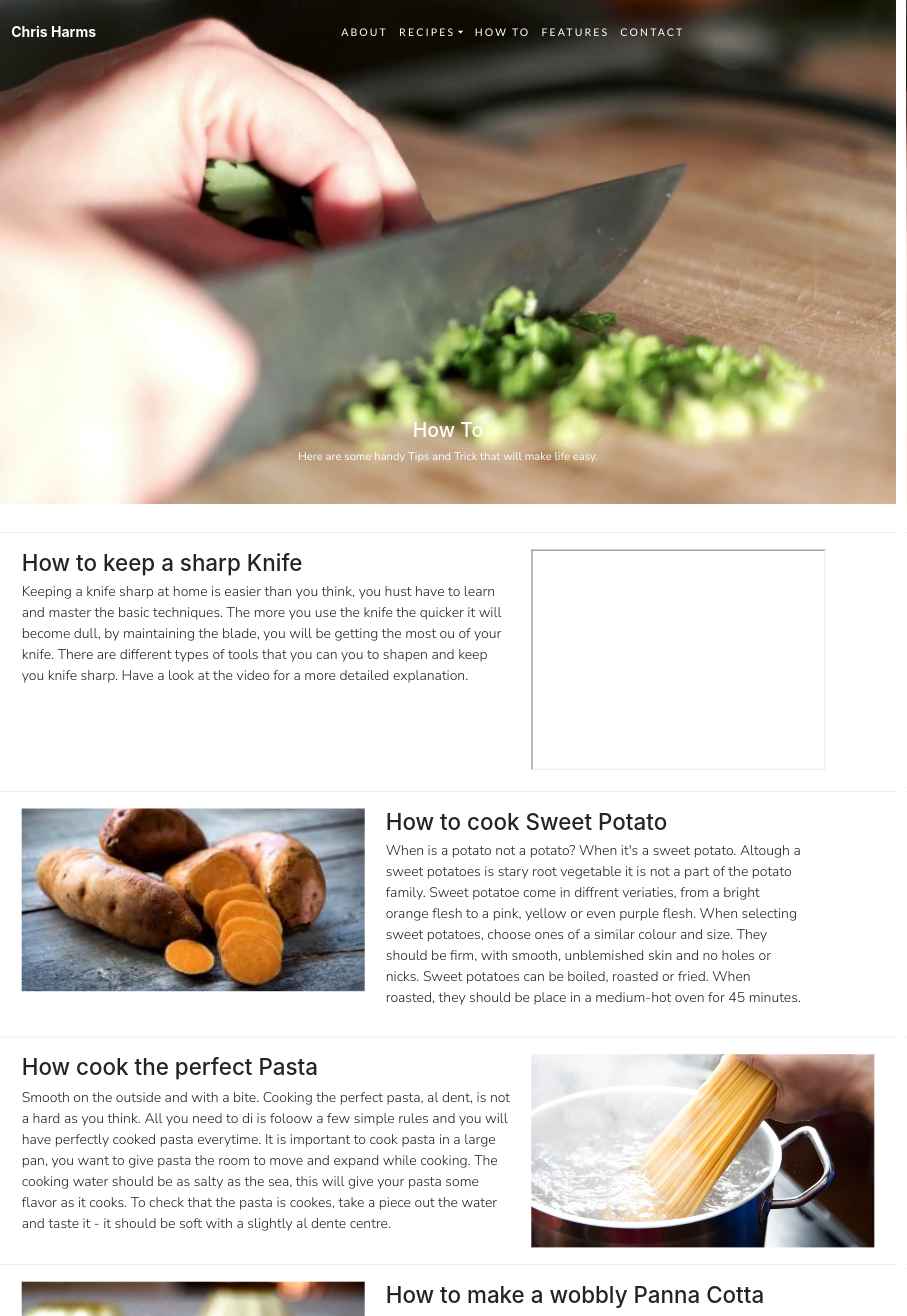
Repository: dugudugu/chris-harms-web
Page: how-to.html
The author's editor kept a record of every edit. The page is drawn from the files as they stood at one moment, then again after the next edit.
The browser window is 1280 px wide. The page is 1295 px wide, so the pictures cover 1295 px, including what lies to the right of the window. The pictures show the part of the page from y = 0 to 1880 px (the page is 2642 px tall), at 70% of full size.
Pictures or frames that could not be fetched are drawn as grey boxes. Some web fonts or font styles are not loaded; a fallback is used.

Above is the page before.

### how-to.html
<!DOCTYPE html>
<html lang="en">

<head>
  <meta charset="UTF-8">
  <meta name="viewport" content="width=device-width, initial-scale=1.0">
  <meta http-equiv="X-UA-Compatible" content="ie=edge">
  <link href="https://stackpath.bootstrapcdn.com/bootstrap/4.3.1/css/bootstrap.min.css" rel="stylesheet" integrity="sha384-ggOyR0iXCbMQv3Xipma34MD+dH/1fQ784/j6cY/iJTQUOhcWr7x9JvoRxT2MZw1T" crossorigin="anonymous">
  <link href="https://stackpath.bootstrapcdn.com/font-awesome/4.7.0/css/font-awesome.min.css" rel="stylesheet" integrity="sha384-wvfXpqpZZVQGK6TAh5PVlGOfQNHSoD2xbE+QkPxCAFlNEevoEH3Sl0sibVcOQVnN" crossorigin="anonymous">
  <link href="https://fonts.googleapis.com/css?family=Grand+Hotel|Lato&display=swap" rel="stylesheet">
  <link rel="stylesheet" href="css/how-to.css">
  <title> Chris Harms | How To</title>
</head>


<body>

  <header>

    <!-- Navbar -->

    <nav class="navbar fixed-top navbar-expand-lg navbar-dark scrolling-navbar">
      <a class="navbar-brand" href="index.html"><strong>Chris Harms</strong></a>

      <button class="navbar-toggler" type="button" data-toggle="collapse" data-target="#navbarSupportedContent" aria-controls="navbarSupportedContent" aria-expanded="false" aria-label="Toggle navigation">
            <span class="navbar-toggler-icon"></span>
        </button>

      <div class="collapse navbar-collapse" id="navbarSupportedContent">
        <ul class="navbar-nav ml-auto pl-lg-5 pl-0">
          <li class="nav-item">
            <a class="nav-link active" href="#">About</a>
          </li>
          <li class="nav-item dropdown">
            <a class="nav-link dropdown-toggle" href="#" data-toggle="dropdown" aria-haspopup="true" aria-expanded="false">Recipes</a>
            <div class="dropdown-menu">
              <a class="dropdown-item" href="#">Appetizer</a>
              <a class="dropdown-item" href="#">Main Course</a>
              <a class="dropdown-item" href="#">Dessert</a>
            </div>
          </li>
          <li class="nav-item">
            <a class="nav-link" href="#">How To</a>
          </li>
          <li class="nav-item">
            <a class="nav-link" href="#">Features</a>
          </li>
          <li class="nav-item">
            <a class="nav-link active" href="#">Contact</a>
          </li>
        </ul>
      </div>
    </nav>

    <!-- Image for the Header -->

    <div class="container-fluid p-0 m-0">
      <div class="row">
        <div class="col-12">
          <img class="d-block w-100" src="media/image/cutting-board.png">
          <div class="carousel-caption d-none d-md-block">
            <h3 class="h3-responsive">How To</h3>
            <p>Here are some handy Tips and Trick that will make life easy.</p>
          </div>
        </div>
      </div>
    </div>

  </header>

  <main-section class="container-fluid how-to">

    <hr class="featurette-divider">

    <div class="row how-to p-2 m-2" id="Knife">
      <div class="col-md-7">
        <h2 class="how-to-heading"> How to keep a sharp Knife</h2>
        <p class="lead">
          Keeping a knife sharp at home is easier than you think, you hust have to learn and master the basic techniques. The more you use the knife the quicker it will become dull, by maintaining the blade, you will be getting the most ou of your knife. There
          are different types of tools that you can you to shapen and keep you knife sharp. Have a look at the video for a more detailed explanation.
        </p>
      </div>
      <div class="col-md-5">
        <iframe width="420" height="315" src="https://www.youtube.com/embed/7xJey5nPy6A"></iframe>
        <!-- Credits to Great British Chef fot the Video -->
      </div>
    </div>

    <hr class="featurette-divider">

    <div class="row how-to p-2 m-2" id="Sweet Potato">
      <div class="how-to-image col-md-5 order-md-1">
        <img class=" img-fluid mx-auto" src="media/image/sweet-potato.jpg" width="500" height="500">
        <!-- Credits to https://foodrevolution.org/blog/sweet-potato-health-benefits/ for the image -->
      </div>
      <div class="sweet-potato col-md-6 order-md-2">
        <h2 class="how-to-heading"> How to cook Sweet Potato</h2>
        <p class="lead">
          When is a potato not a potato? When it's a
          <underline> sweet potato</underline>. Altough a sweet potatoes is stary root vegetable it is not a part of the potato family. Sweet potatoe come in diffrent veriaties, from a bright orange flesh to a pink, yellow or even purple flesh. When selecting sweet
          potatoes, choose ones of a similar colour and size. They should be firm, with smooth, unblemished skin and no holes or nicks. Sweet potatoes can be boiled, roasted or fried. When roasted, they should be place in a medium-hot oven for 45 minutes.
        </p>
      </div>
    </div>

    <hr class="featurette-divider">

    <div class="row how-to p-2 m-2" id="Pasta">
      <div class="col-md-7">
        <h2 class="how-to-heading"> How cook the perfect Pasta </h2>
        <p class="lead">
          Smooth on the outside and with a bite. Cooking the perfect pasta, al dent, is not a hard as you think. All you need to di is foloow a few simple rules and you will have perfectly cooked pasta everytime. It is important to cook pasta in a large pan, you
          want to give pasta the room to move and expand while cooking. The cooking water should be as salty as the sea, this will give your pasta some flavor as it cooks. To check that the pasta is cookes, take a piece out the water and taste it - it
          should be soft with a slightly al dente centre.
        </p>
      </div>
      <div class="col-md-5">
        <img class=" img-fluid mx-auto" src="media/image/pasta.jpg" width="500" height="500">
        <!-- Credits to https://www.seriouseats.com/2014/05/how-salty-should-pasta-water-be.html for the image -->
      </div>
    </div>

    <hr class="featurette-divider">

    <div class="row how-to p-2 m-2" id="Panna-Cotta">
      <div class="how-to-image col-md-5 order-md-1">
        <img class=" img-fluid mx-auto" src="media/image/panna-cotta.jpg" width="500" height="500">
        <!-- Credits to http://honestcooking.com/orange-panna-cotta-pistachios/ for the image -->
      </div>
      <div class="sweet-potato col-md-6 order-md-2">
        <h2 class="how-to-heading"> How to make a wobbly Panna Cotta</h2>
        <p class="lead">
        Panna Cotta is a tradition Italian dessert, it is a simple mixture of sweetend cream and gelatine.
        A good panna cotta is on that is only just set, and can stand on it own on a plate.
        Panna cotta is usualy served in a glass and/or plate as well as a plated dessert.
        A panna cotta that wiggles on the sponn when eaten is a sign of a panna cotta with the perfect consistency.
        </p>
      </div>
    </div>


  </main-section>





  <!-- Optional JavaScript -->
  <!-- jQuery first, then Popper.js, then Bootstrap JS -->
  <script src="https://code.jquery.com/jquery-3.3.1.slim.min.js" integrity="sha384-q8i/X+965DzO0rT7abK41JStQIAqVgRVzpbzo5smXKp4YfRvH+8abtTE1Pi6jizo" crossorigin="anonymous"></script>
  <script src="https://cdnjs.cloudflare.com/ajax/libs/popper.js/1.14.7/umd/popper.min.js" integrity="sha384-UO2eT0CpHqdSJQ6hJty5KVphtPhzWj9WO1clHTMGa3JDZwrnQq4sF86dIHNDz0W1" crossorigin="anonymous"></script>
  <script src="https://stackpath.bootstrapcdn.com/bootstrap/4.3.1/js/bootstrap.min.js" integrity="sha384-JjSmVgyd0p3pXB1rRibZUAYoIIy6OrQ6VrjIEaFf/nJGzIxFDsf4x0xIM+B07jRM" crossorigin="anonymous"></script>

</body>


<!-- Footer -->

<footer class="page-footer font-small unique-color-dark">
  <div class="container-fluid text-center text-md-left mt-5">
    <div class="row mt-3">

      <!--            About and Social Media links          -->

      <!--            About           -->
      <div class="col-md-3 col-lg-4 col-xl-3 mx-auto mb-4">
        <h6 class="text-uppercase font-weight-bold">About</h6>
        <hr class="blue-accent mb-4 mt-0 d-inline-block mx-auto " style="width: 60px; ">
        <p>Chris Harms is currently Head Chef at Chefz in Oosterhout, The Netherland. He has been cooking for over 10 years and would like to share some recipes with you.</p>

        <!--            Social Media links          -->
        <ul class="list-inline social-links ">
          <li class="list-inline-item ">
            <a target="_blank " href="https://www.facebook.com/Fritos-catering-204930356197964/ ">
                        <i class="fa fa-facebook " aria-hidden="true "></i>
                        <span class="sr-only ">Facebook</span>
                    </a>
          </li>
          <li class="list-inline-item ">
            <a target="_blank " href="https://www.instagram.com/whiskeycave/ ">
                        <i class="fa fa-instagram " aria-hidden="true "></i>
                        <span class="sr-only ">Instagram</span>
                    </a>
          </li>
          <li class="list-inline-item ">
            <a target="_blank " href="https://www.linkedin.com/in/chris-harms-b99322104/ ">
                        <i class="fa fa-linkedin " aria-hidden="true "></i>
                        <span class="sr-only ">LinkedIn</span>
                    </a>
          </li>
        </ul>
      </div>

      <!--            Quick Links          -->
      <div class="col-md-3 col-lg-2 col-xl-2 mx-auto mb-4 ">
        <h6 class="text-uppercase font-weight-bold ">Quick Links</h6>
        <hr class="blue-accent accent-2 mb-4 mt-0 d-inline-block mx-auto " style="width: 60px; ">
        <ul class="quick-links list-unstyled">
          <li>
            <a target="_blank " href="# ">About</a>
          </li>
          <li>
            <a target="_blank " href="# ">Recipes</a>
          </li>
          <li>
            <a target="_blank " href="# ">How To</a>
          </li>
          <li>
            <a target="_blank " href="# ">Features</a>
          </li>
          <li>
            <a target="_blank " href="# ">Contact</a>
          </li>
        </ul>
      </div>


      <!--            Contact Info          -->
      <div class="col-md-4 col-lg-3 col-xl-3 mx-auto mb-md-0 mb-4 ">
        <h6 class="text-uppercase font-weight-bold ">Contact Info</h6>
        <hr class="blue-accent accent-2 mb-4 mt-0 d-inline-block mx-auto " style="width: 60px; ">
        <p>
          <i class="fa fa-home mr-3 "></i> Kerkuil 15 Breda, The Netherlands</p>
        <p>
          <i class="fa fa-envelope mr-3 "></i>CGP_harms@hotmail.com</p>
        <p>
          <i class="fa fa-phone mr-3 "></i>(+31)624335384</p>
      </div>
    </div>
  </div>


  <!--            Copy-Rights          -->
  <div class="footer-copyright text-center py-3">
    <p>Copyright &copy 2019 All rights reserved | For educational use only | This webpage is made by
      <a target=_blank href="#">C. Marchena</a>
    </p>
  </div>


</footer>
<!-- Footer -->



</html>

### css/how-to.css
@import url('https://fonts.googleapis.com/css?family=Grand+Hotel|Lato:|Nunito+Sans:100,200,300,400,500,600,700');

html {
    font-size: 1rem;
}



/* ----------------------------------------------------    Special ------------*/

.text-uppercase {
    text-transform: uppercase!important;
    font-family: 'Lato', sans-serif;
    text-decoration: underline;
}

p {
    margin-top: 0;
    margin-bottom: 1rem;
    font-family: 'Nunito Sans', sans-serif;
}




/* ----------------------------------------------------    Navbar ------------*/

.navbar {
    background-color: transparent;
}

.navbar-collapse {
    -ms-flex-preferred-size: 100%;
    flex-basis: 100%;
    -ms-flex-positive: 1;
    flex-grow: .5;
    -ms-flex-align: center;
    align-items: center;
}


.navbar .nav-link {
    font-family: 'Lato', sans-serif;
    padding: 1.7rem 1rem;
    outline: none !important;
    font-size: 15px;
    text-transform: uppercase;
    letter-spacing: .2em;
    color: white !important;

}

.navbar .dropdown-menu {
    font-size: 14px;
    border-radius: 4px;
    border: none;
    -webkit-box-shadow: 0 2px 30px 0px rgba(0, 0, 0, 0.2);
    box-shadow: 0 2px 30px 0px rgba(0, 0, 0, 0.2);
    min-width: 13em;
    margin-top: -10px;
}

.navbar .dropdown-menu .dropdown-item:hover {
    background: #cfe2f7;
    color: #000000;
}

.navbar .dropdown-menu a {
    padding-top: 7px;
    padding-bottom: 7px;
}


/* ----------------------------------------------------    Carousel ------------*/



/* ----------------------------------------------------    Blockquote ------------*/

.blockquote {
    margin-bottom: 2em;
    margin-top: 2em;
    font-size: 1.25rem;
}


/* ----------------------------------------------------    Footer ------------*/

.page-footer {
    width: 100%;
    padding-right: 15px;
    padding-left: 15px;
    padding-top: 15px;
    margin-right: auto;
    margin-left: auto;
    color: #f8f9fa !important;
    background-color: #2e2e2e !important;
}

.font-weight-bold {
    font-weight: 700!important;
    font-size: 18px;
}

.social-links li a i {
    width: 32px;
    height: 32px;
    padding: 12px 0;
    border-radius: 50%;
    font-size: 20px;
    line-height: 7px;
    text-align: center;
    color: #007bff;
    background-color: #2E2E2E;
    border: 1px solid rgba(255, 255, 255, 0.1);
    transition: all .35s ease-in-out;
    -moz-transition: all .35s ease-in-out;
    -webkit-transition: all .35s ease-in-out;
    -o-transition: all .35s ease-in-out;
}

.social-links li a i:hover {
    background-color: #fafafa;
    color: #000000;
}

.quick-links li a {
    font-weight: 500;
    color: #007bff;
    padding-bottom: 20px;
    transition: all .35s ease-in-out;
    -moz-transition: all .35s ease-in-out;
    -webkit-transition: all .35s ease-in-out;
    -o-transition: all .35s ease-in-out;
}

.quick-links li a:hover {
    color: #fafafa;
}

.footer-copyright p a {
    font-weight: 500;
    color: #007bff;
    padding-bottom: 20px;
    transition: all .35s ease-in-out;
    -moz-transition: all .35s ease-in-out;
    -webkit-transition: all .35s ease-in-out;
    -o-transition: all .35s ease-in-out;
}

.footer-copyright p a:hover {
    color: #fafafa;
}


/* ----------------------------------------------------    Media Q ------------*/

@media only screen and (max-width: 768px) {
    .navbar {
        background-color: #2e2e2e;
    }
}


@media only screen and (max-width: 768px) {
    .w-100 {
        width: 100%!important;
        height: 25em;
    }
}

After the next edit:
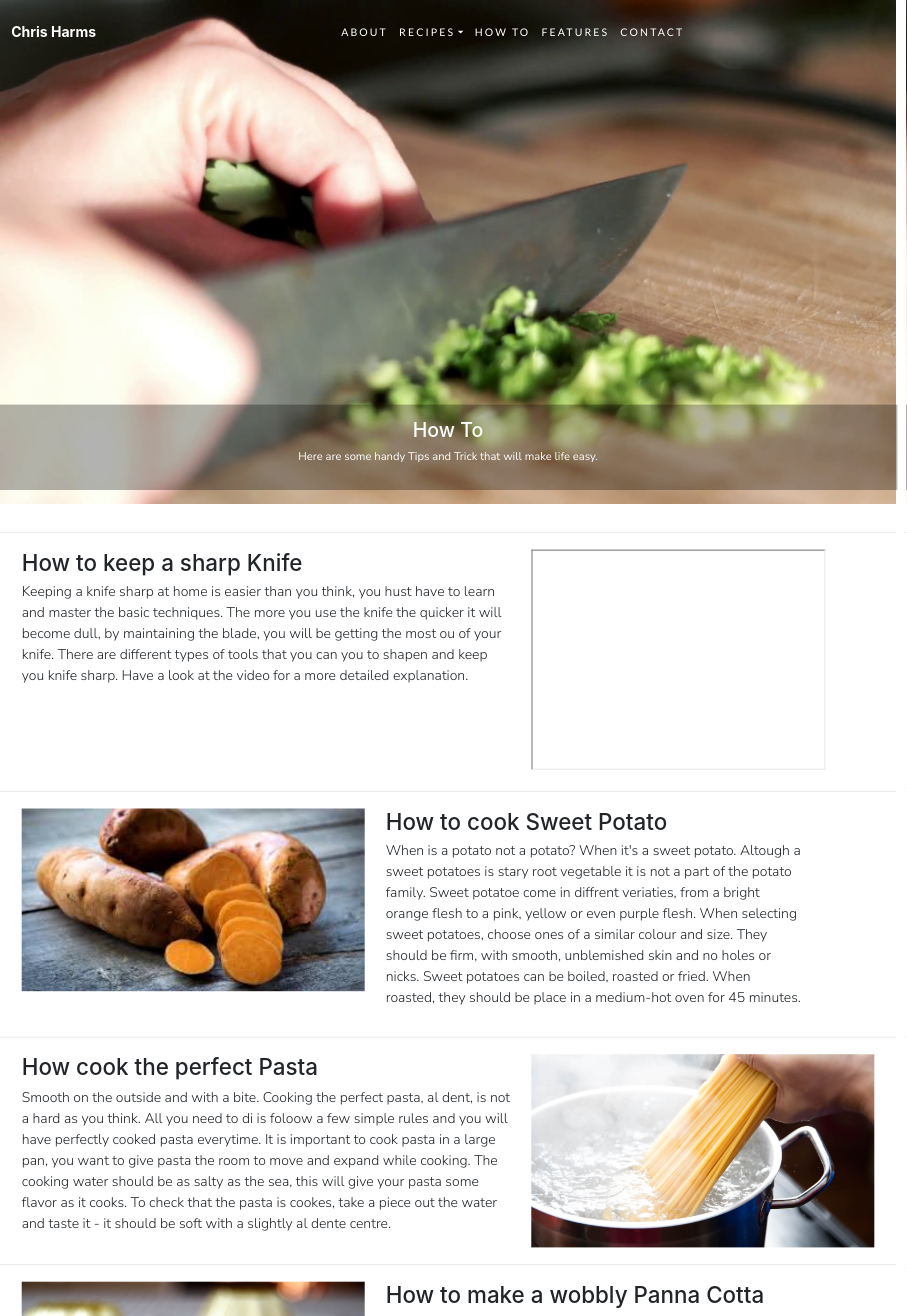
The edit:
--- a/css/how-to.css
+++ b/css/how-to.css
@@ -71,9 +71,21 @@
 }
 
 
-/* ----------------------------------------------------    Carousel ------------*/
+/* ----------------------------------------------------    Main ------------*/
 
-
+.carousel-caption {
+    position: absolute;
+    right: 1%;
+    bottom: 20px;
+    left: 1%;
+    z-index: 10;
+    padding-top: 20px;
+    padding-bottom: 20px;
+    color: #fff;
+    text-align: center;
+    /* width: 100%; */
+    background: rgba(0, 0, 0, 0.30);
+}
 
 /* ----------------------------------------------------    Blockquote ------------*/
 
